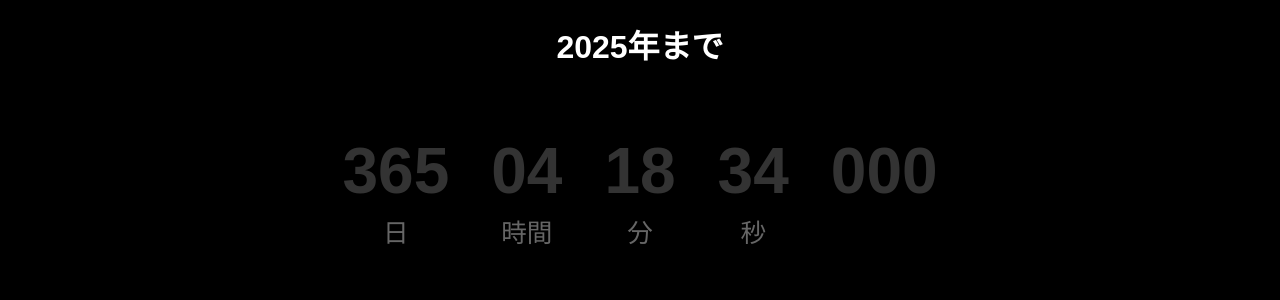
Repository: end888160/end888160.github.io
Page: countdown2025.ja.html
An editor plug-in stored every save of this project. The page is shown before and after the next save, followed by the edit.
The browser window is 1280 px wide. The pictures show the whole page.

Above is the page before, as saved 2024-09-20 21:21:59.
Console error: ReferenceError: countDownTarget is not defined

After the next save:
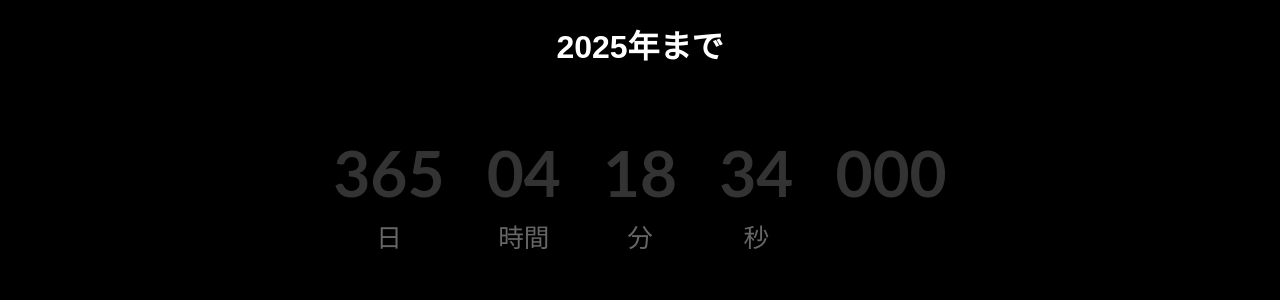
Saved 5 min 26 s later.
--- a/countdown2025.ja.html
+++ b/countdown2025.ja.html
@@ -10,7 +10,7 @@
         display: flex;
         justify-content: center;
         align-items: center;
-        font-family: Arial, Helvetica, sans-serif;
+        font-family: 'Lato', 'Noto Sans JP', 'ヒラギノ角ゴ ProN', 'Hiragino Kaku Gothic ProN', 'メイリオ', Meiryo, 'ＭＳ Ｐゴシック', 'MS PGothic', sans-serif;
         font-size: xx-large;
         margin-top: 5%;
         color: #333;
